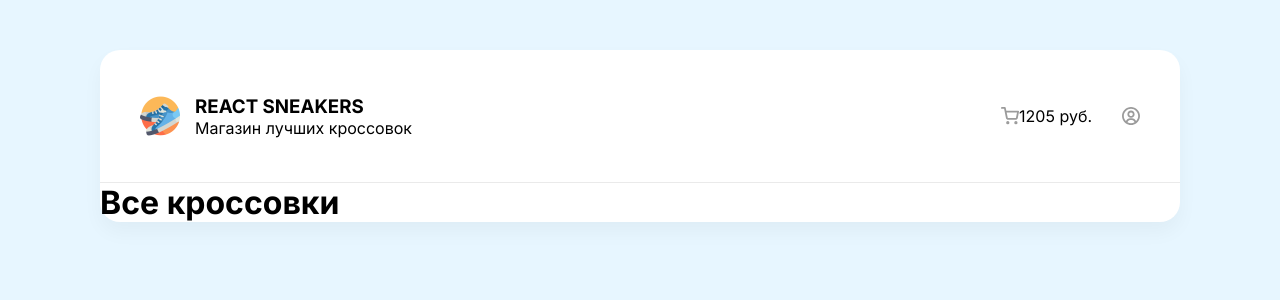
Repository: VaheHarutyunyan/react-sneakers
Page: /
An editor plug-in stored every save of this project. The page is shown before and after the next save, followed by the edit.
The browser window is 1280 px wide. The pictures show the whole page.
The project was rebuilt for these pictures with package versions that can differ from the ones it lists, and the page was loaded fresh each time.

Above is the page before, as saved 2021-07-22 13:06:13.

### public/index.html
<!DOCTYPE html>
<html lang="en">

<head>
  <meta charset="utf-8" />
  <link rel="icon" href="%PUBLIC_URL%/favicon.ico" />
  <meta name="viewport" content="width=device-width, initial-scale=1" />
  <meta name="theme-color" content="#000000" />
  <meta name="description" content="Web site created using create-react-app" />
  <link rel="apple-touch-icon" href="%PUBLIC_URL%/logo192.png" />
  <!--
      manifest.json provides metadata used when your web app is installed on a
      user's mobile device or desktop. See https://developers.google.com/web/fundamentals/web-app-manifest/
    -->
  <link rel="manifest" href="%PUBLIC_URL%/manifest.json" />
  <!--
      Notice the use of %PUBLIC_URL% in the tags above.
      It will be replaced with the URL of the `public` folder during the build.
      Only files inside the `public` folder can be referenced from the HTML.

      Unlike "/favicon.ico" or "favicon.ico", "%PUBLIC_URL%/favicon.ico" will
      work correctly both with client-side routing and a non-root public URL.
      Learn how to configure a non-root public URL by running `npm run build`.
    -->
  <link rel="preconnect" href="https://fonts.googleapis.com">
  <link rel="preconnect" href="https://fonts.gstatic.com" crossorigin>
  <link href="https://fonts.googleapis.com/css2?family=Inter:wght@400;500;600;700;800&display=swap" rel="stylesheet">
  <title>React Sneakers</title>
</head>

<body>
  <noscript>You need to enable JavaScript to run this app.</noscript>
  <div id="root"></div>
  <!--
      This HTML file is a template.
      If you open it directly in the browser, you will see an empty page.

      You can add webfonts, meta tags, or analytics to this file.
      The build step will place the bundled scripts into the <body> tag.

      To begin the development, run `npm start` or `yarn start`.
      To create a production bundle, use `npm run build` or `yarn build`.
    -->
</body>

</html>

### src/index.scss
// @import url('https://fonts.googleapis.com/css2?family=Inter:wght@400;500;600;700;800&display=swap');

body {
  margin: 0;
  font-family:'Inter', system-ui;
  -webkit-font-smoothing: antialiased;
  -moz-osx-font-smoothing: grayscale;
  background: #E7F6FF;
}
*{
  list-style: none;
  text-decoration: none;
}
.wrapper{
  background: #FFFFFF;
  box-shadow: 0px 10px 20px rgba(0, 0, 0, 0.04);
  border-radius: 20px;
  max-width: 1080px;
  margin: 50px auto;
}
header{
  display: flex;
  justify-content: space-between;
  align-items: center;
  padding: 40px;
  border-bottom: 1px solid #EAEAEA;

  .headerLeft{
    display: flex;
    align-items: center;

    img{
      margin-right: 15px;
    }
    h3,p{
      margin: 0;
    }
    .headerInfo{
      h3{
        text-transform: uppercase;
      }
    }
  }
  .headerRight{
    display: flex;
    li{
      display: flex;
      align-items: center;
    }
    .chart{
      margin-right: 30px;
    }
  }
}
.content{
  h1{
    margin: 0;
  }
}

### src/App.js

function App() {
  return (
    <div className="wrapper">
      <header>
        <div className="headerLeft">
          <img width="40" height="40" src="/img/logo.png" alt="logo" />
          <div className="headerInfo">
            <h3>REACT SNEAKERS</h3>
            <p>Магазин лучших кроссовок</p>
          </div>
        </div>
        <ul className="headerRight">
          <li className="chart">
            <img src="/img/cart.svg" width={18} height={18} alt="" />
            <span>1205 руб.</span>
          </li>
          <li>
            <img src="/img/user.svg" width={18} height={18} alt="" />
          </li>
        </ul>
      </header>
      <div className="content">
        <h1>Все кроссовки</h1>
      </div>
    </div>
  );
}

export default App;

Loaded but not shown: src/index.js (common file)

After the next save:
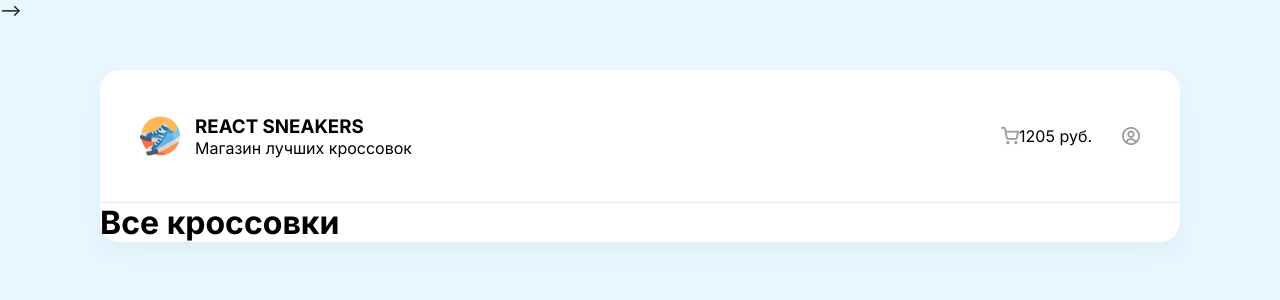
Saved 7 s later.
--- a/public/index.html
+++ b/public/index.html
@@ -21,11 +21,11 @@
       Unlike "/favicon.ico" or "favicon.ico", "%PUBLIC_URL%/favicon.ico" will
       work correctly both with client-side routing and a non-root public URL.
       Learn how to configure a non-root public URL by running `npm run build`.
-    -->
+    <!-- -->
   <link rel="preconnect" href="https://fonts.googleapis.com">
   <link rel="preconnect" href="https://fonts.gstatic.com" crossorigin>
   <link href="https://fonts.googleapis.com/css2?family=Inter:wght@400;500;600;700;800&display=swap" rel="stylesheet">
-  <title>React Sneakers</title>
+  <title>React Sneakers</title> -->
 </head>
 
 <body>

After the save that followed:
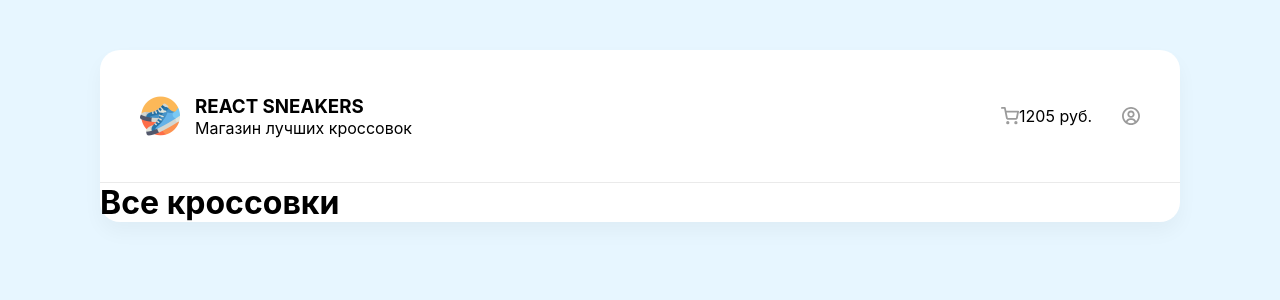
Saved 10 s later.
--- a/public/index.html
+++ b/public/index.html
@@ -21,8 +21,8 @@
       Unlike "/favicon.ico" or "favicon.ico", "%PUBLIC_URL%/favicon.ico" will
       work correctly both with client-side routing and a non-root public URL.
       Learn how to configure a non-root public URL by running `npm run build`.
-    <!-- -->
-  <link rel="preconnect" href="https://fonts.googleapis.com">
+    -->
+  <!-- <link rel="preconnect" href="https://fonts.googleapis.com">
   <link rel="preconnect" href="https://fonts.gstatic.com" crossorigin>
   <link href="https://fonts.googleapis.com/css2?family=Inter:wght@400;500;600;700;800&display=swap" rel="stylesheet">
   <title>React Sneakers</title> -->
